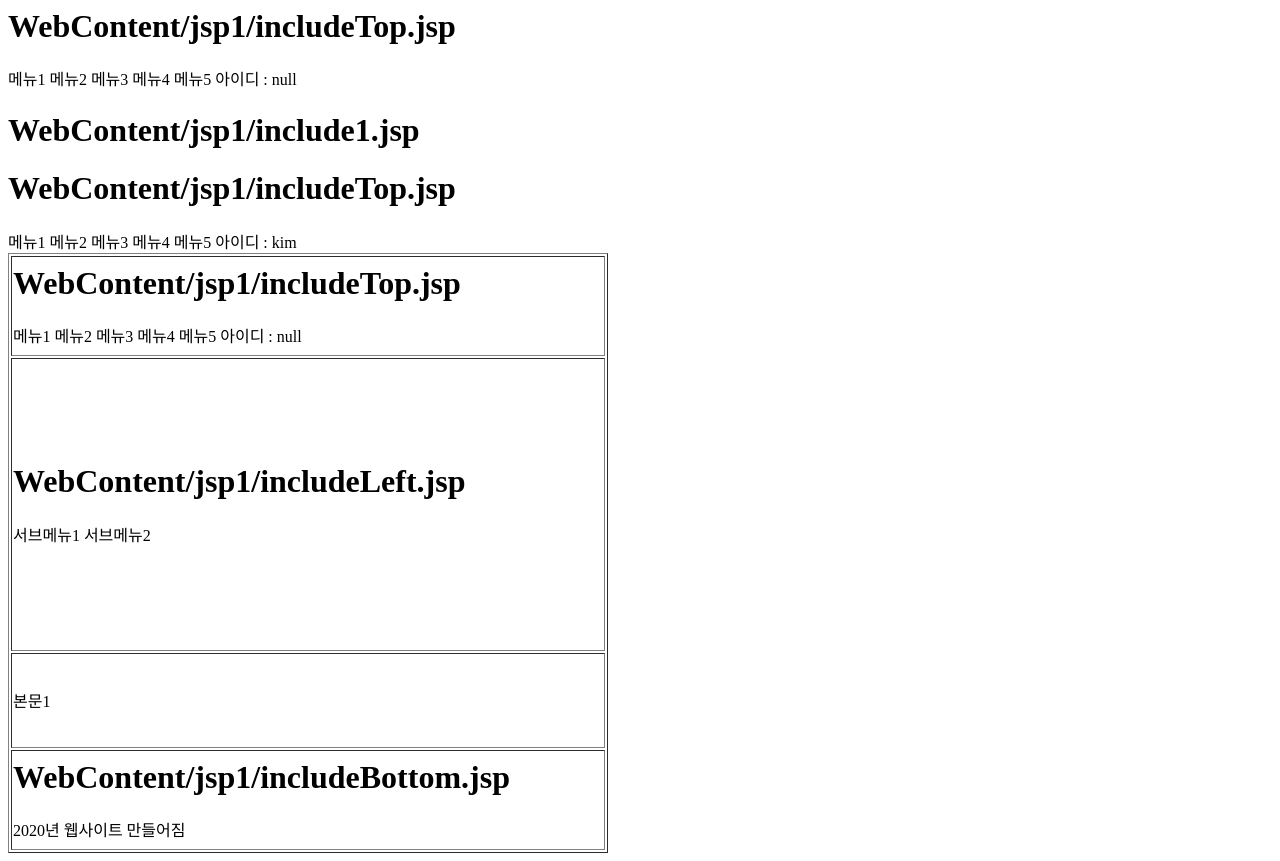
Repository: ReadStar/workspace_jsp
Page: http://localhost/StudyJSP/jsp1/include1.jsp
An editor plug-in stored every save of this project. The page is shown before and after the next save, followed by the edit.
The browser window is 1280 px wide. The pictures show the whole page.
The page is served by Tomcat 9. Other server files are loaded and not shown.

Above is the page before, as saved 2020-08-13 03:19:24.

### StudyJSP/WebContent/jsp1/include1.jsp
<%@ page language="java" contentType="text/html; charset=UTF-8"
    pageEncoding="UTF-8"%>
    <%@ include file="includeTop.jsp" %>
<!DOCTYPE html>
<html>
<head>
<meta charset="UTF-8">
<title>Insert title here</title>
</head>
<body>
<h1>WebContent/jsp1/include1.jsp</h1>
<table border="1" width="600" height="600">
<tr><td colspan="2" width="600" height="100"> <jsp:include page="includeTop.jsp"/></td>
<jsp:include page="includeTop.jsp"><jsp:param value="kim" name="id"/>
</jsp:include></tr>
<tr><td width="100" heigt="400"><jsp:include page="includeLeft.jsp"/></td></tr>
				<td>본문1</td>
<tr><td colspan="2" width="600" height="100"><jsp:include page="includeBottom.jsp"/></td></tr>
</table>
</body>
</html>

### StudyJSP/WebContent/jsp1/includeTop.jsp
<%@ page language="java" contentType="text/html; charset=UTF-8"
    pageEncoding="UTF-8"%>
<h1>WebContent/jsp1/includeTop.jsp</h1>
메뉴1 메뉴2 메뉴3 메뉴4 메뉴5  아이디 : <%=request.getParameter("id")%>

### StudyJSP/WebContent/jsp1/includeLeft.jsp
<%@ page language="java" contentType="text/html; charset=UTF-8"
    pageEncoding="UTF-8"%>

<h1>WebContent/jsp1/includeLeft.jsp</h1>
서브메뉴1 서브메뉴2

### StudyJSP/WebContent/jsp1/includeBottom.jsp
<%@ page language="java" contentType="text/html; charset=UTF-8"
    pageEncoding="UTF-8"%>

<h1>WebContent/jsp1/includeBottom.jsp</h1>
2020년 웹사이트 만들어짐

### StudyJSP/WebContent/jsp1/includeFile.jspf
<%
//WebContent/jsp1/includeFile.jspf
String color1 = "yellow";
String color2 = "Pink";
String color3 = "skyblue";
%>

After the next save:
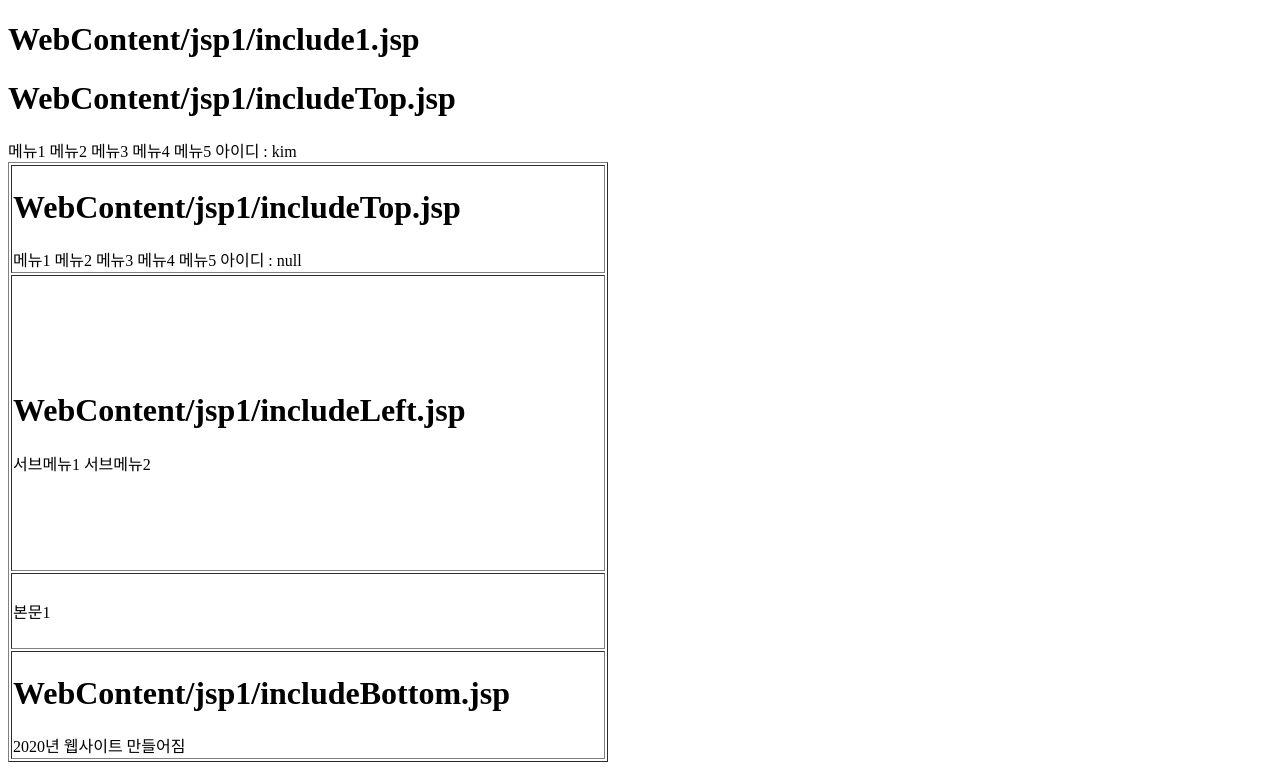
Saved 22 s later.
--- a/StudyJSP/WebContent/jsp1/include1.jsp
+++ b/StudyJSP/WebContent/jsp1/include1.jsp
@@ -1,6 +1,6 @@
 <%@ page language="java" contentType="text/html; charset=UTF-8"
     pageEncoding="UTF-8"%>
-    <%@ include file="includeTop.jsp" %>
+    <%@ include file="includeFile.jspf" %>
 <!DOCTYPE html>
 <html>
 <head>
